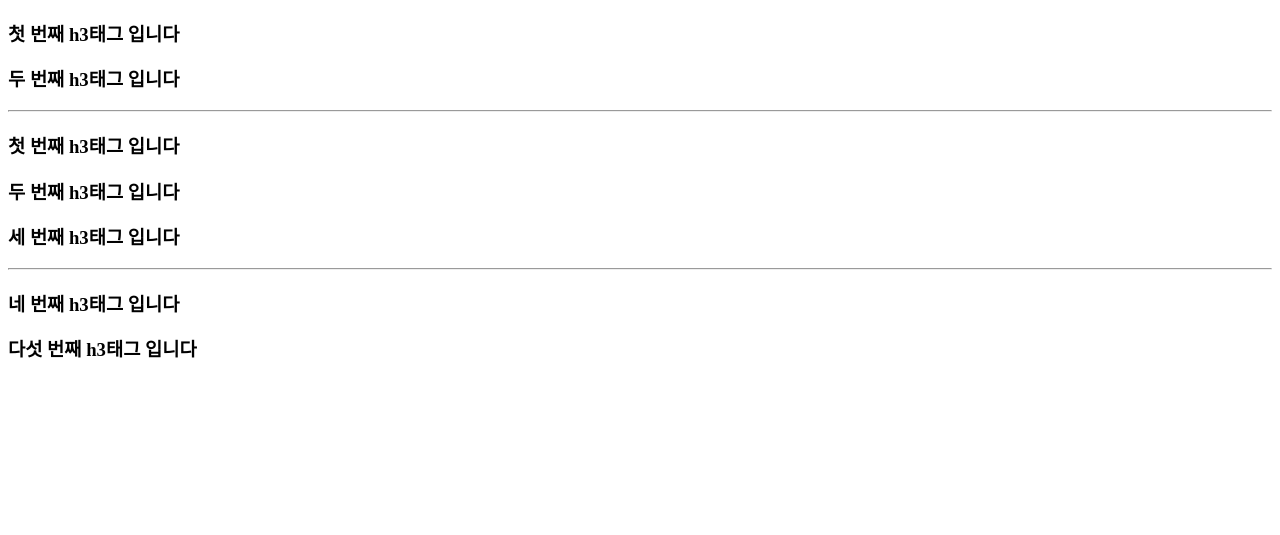
Repository: HyoJun00/Vue_JS
Page: Component/src/main/webapp/index.html
These files come from the project's save history. The page is drawn as it stood at one moment and after the next save; the edit follows.
The browser window is 1280 px wide. The pictures show the whole page.

Above is the page before, as saved 2025-07-15 05:47:09.

### Component/src/main/webapp/index.html
<!DOCTYPE html>
<html>
<head>
<meta charset="UTF-8">
<title>Insert title here</title>
<script src="https://cdn.jsdelivr.net/npm/vue@2"></script>
<script>
	Vue.component('component1', {
		template : '<div>'
				 + '<h3>첫 번째 h3태그 입니다</h3>'
				 + '<h3>두 번째 h3태그 입니다</h3>'
				 + '</div>'
	})

	Vue.component('component2', {
		template : '<h3>세 번째 h3태그 입니다</h3>'
	})

	window.onload = function(){
		var test1 = new Vue({
			el : '#test1'
		})

		var test2 = new Vue({
			el : '#test2'
		})

		var test3 = new Vue({
			el : '#test3',
			components : {
				'component3' : {
					template : '<h3>네 번째 h3태그 입니다</h3>'
				},
				'component4' : {
					template : '<h3>다섯 번째 h3태그 입니다</h3>'
				}
			}
		})
	}
</script>
</head>
<body>
	<div id="test1">
		<component1></component1>
	</div>
	<hr/>
	<div id="test2">
		<component1></component1>
		<component2></component2>
		<!-- <component3></component3> -->
	</div>
	<hr/>
	<div id="test3">
		<component3></component3>
		<component4></component4>
	</div>
</body>
</html>

After the next save:
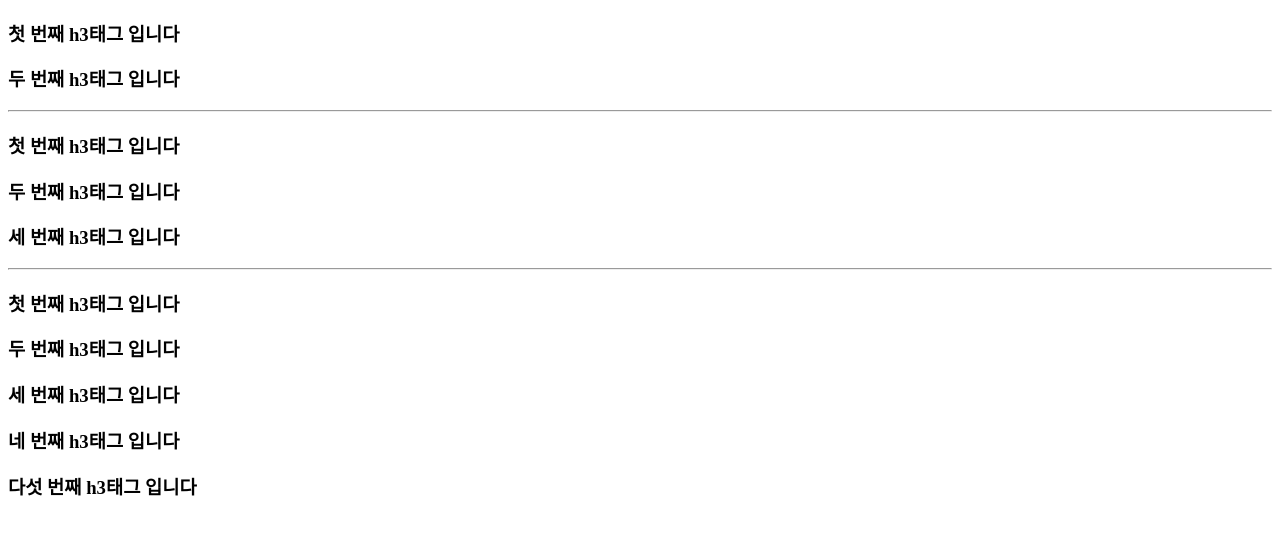
Saved 32 s later.
--- a/Component/src/main/webapp/index.html
+++ b/Component/src/main/webapp/index.html
@@ -51,6 +51,8 @@
 	</div>
 	<hr/>
 	<div id="test3">
+		<component1></component1>
+		<component2></component2>
 		<component3></component3>
 		<component4></component4>
 	</div>
